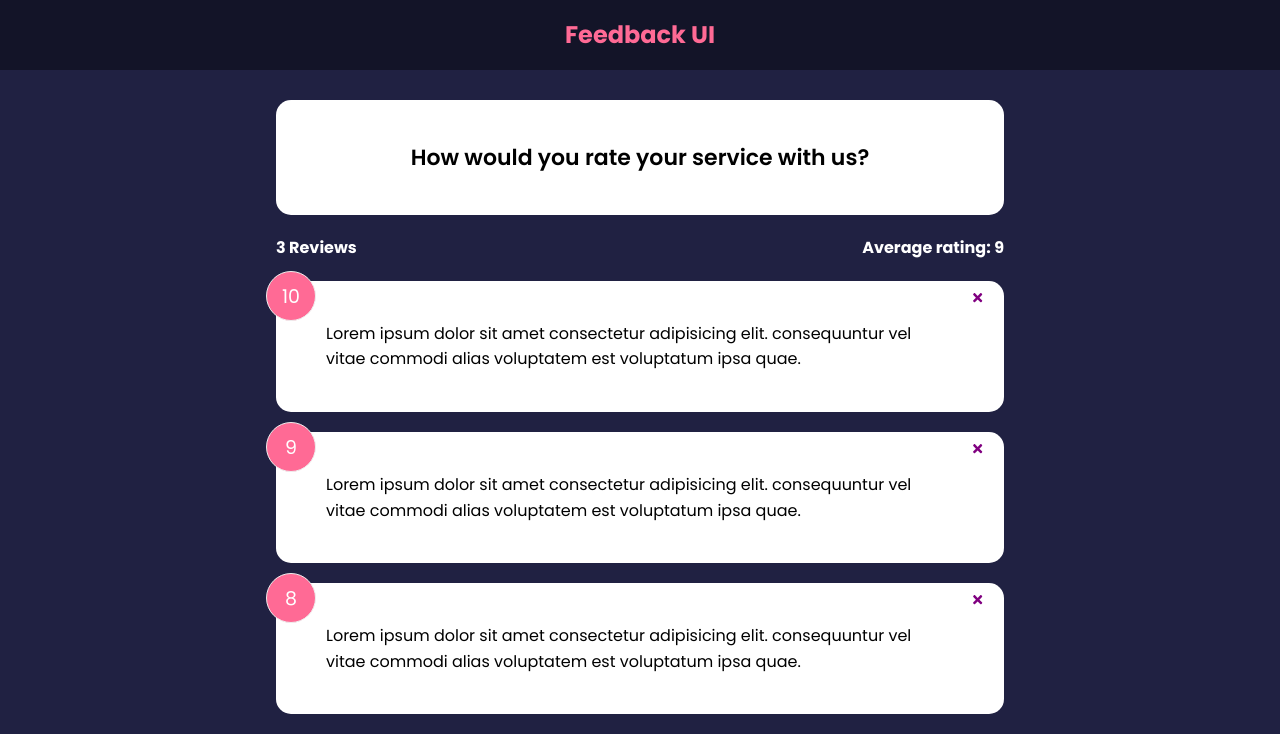
Repository: ErminiaDev/Feedback-app
Page: /
The author's editor kept a copy of each file at every save. The page is drawn from the files as they stood at one save, then again after a run of saves.
The browser window is 1280 px wide. The pictures show the whole page.
The project was rebuilt for these pictures with package versions that can differ from the ones it lists, and the page was loaded fresh each time.

Above is the page before, as saved 2023-02-08 15:37:59.

### public/index.html
<!DOCTYPE html>
<html lang="en">
  <head>
    <meta charset="utf-8" />
    <link rel="icon" href="%PUBLIC_URL%/favicon.ico" />
    <meta name="viewport" content="width=device-width, initial-scale=1" />
    <meta name="theme-color" content="#000000" />
    <meta
      name="description"
      content="Web site created using create-react-app"
    />
    <link rel="apple-touch-icon" href="%PUBLIC_URL%/logo192.png" />
    <link rel="manifest" href="%PUBLIC_URL%/manifest.json" />
    <title>Feedback-app</title>
  </head>
  <body>
    <noscript>You need to enable JavaScript to run this app.</noscript>
    <div id="root"></div>
  </body>
</html>

### src/index.js
import React from 'react'
import ReactDOM from 'react-dom'
import './index.css'
import App from './App'

ReactDOM.render(
	<React.StrictMode>
		<App />
	</React.StrictMode>,
document.getElementById('root')
)

### src/index.css
@import url('https://fonts.googleapis.com/css2?family=Poppins:wght@400;600;700&display=swap');

* {
  box-sizing: border-box;
  margin: 0;
  padding: 0;
}

body {
  font-family: 'Poppins', sans-serif;
  background-color: #202142;
  color: #fff;
  line-height: 1.6;
}

ul {
  list-style: none;
}

.container {
  max-width: 768px;
  margin: auto;
  padding: 0 20px;
}

header {
  height: 70px;
  width: 100%;
  display: flex;
  justify-content: space-between;
  align-items: center;
  margin-bottom: 30px;
}

.card {
  background-color: #fff;
  color: #333;
  border-radius: 15px;
  padding: 40px 50px;
  margin: 20px 0;
  position: relative;
}

.card.reverse {
  background-color: rgba(0, 0, 0, 0.4);
  color: #fff;
}

.card h2 {
  font-size: 22px;
  font-weight: 600;
  text-align: center;
}

.rating {
  display: flex;
  align-items: center;
  justify-content: space-around;
  margin: 30px 0 40px;
}

.rating li,
.num-display {
  position: relative;
  background: #f4f4f4;
  width: 50px;
  height: 50px;
  padding: 10px;
  text-align: center;
  border-radius: 50%;
  font-size: 19px;
  border: 1px #eee solid;
  transition: 0.3s;
}

.rating li label {
  position: absolute;
  top: 50%;
  left: 50%;
  width: 50px;
  height: 50px;
  padding: 10px;
  border-radius: 50%;
  transform: translate(-50%, -50%);
  cursor: pointer;
}

.rating li:hover,
.num-display {
  background: #ff6a95;
  color: #fff;
}

[type='radio'] {
  opacity: 0;
}

[type='radio']:checked ~ label {
  background: #ff6a95;
  color: #fff;
}

.input-group {
  display: flex;
  flex-direction: row;
  border: 1px solid #ccc;
  padding: 8px 10px;
  border-radius: 8px;
}

input {
  flex-grow: 2;
  border: none;
  font-size: 16px;
}

input:focus {
  outline: none;
}

.feedback-stats {
  color: #fff;
  display: flex;
  justify-content: space-between;
  align-items: center;
}

.num-display {
  position: absolute;
  top: -10px;
  left: -10px;
}

.close,
.edit {
  position: absolute;
  top: 10px;
  right: 20px;
  cursor: pointer;
  background: none;
  border: none;
}

.edit {
  right: 40px;
}

.btn {
  color: #fff;
  border: 0;
  border-radius: 8px;
  color: #fff;
  width: 100px;
  height: 40px;
  cursor: pointer;
}

.btn-primary {
  background-color: #202142;
}

.btn-secondary {
  background: #ff6a95;
}

.btn:hover {
  transform: scale(0.98);
  opacity: 0.9;
}

.btn:disabled {
  background-color: #cccccc;
  color: #333;
  cursor: auto;
}

.btn:disabled:hover {
  transform: scale(1);
  opacity: 1;
}

.message {
  padding-top: 10px;
  text-align: center;
  color: rebeccapurple;
}

/* FIX: Remove position: absolute to keep about icon at the bottom of the
 * document */
.about-link {
  display: flex;
  justify-content: flex-end;
}

/* FIX: Remove position: absolute to keep about icon at the bottom of the
 * document */
.about-link a {
  color: #fff;
  cursor: pointer;
}

.about-link a:hover {
  color: #ff6a95;
}

.about h1 {
  margin-bottom: 20px;
}

.about p {
  margin: 10px 0;
}

@media (max-width: 600px) {
  .rating li {
	margin: 10px 3px;
  }

  .rating {
	display: flex;
	align-items: center;
	justify-content: center;
	flex-wrap: wrap;
	margin: 30px 0 40px;
  }

  .input-group input {
	width: 80%;
  }
}

### src/App.js
import { useState } from "react";
import Header from "./components/header";
import FeedbackList from "./components/FeedbackList";
import FeedbackData from "./data/FeedbackData";
import FeedbackStats from "./components/FeedbackStats";
import FeedbackForm from "./components/FeedbackForm";

function App() {
	const [feedback, setFeedback] = useState(FeedbackData)

	const deleteFeedback = (id) => {
		if(window.confirm('Are you sure you want to delete?'))
		setFeedback(feedback.filter((item) => item.id !== id))
	}

	return (
		<>
			<Header />
			<div className="container">
				<FeedbackForm />
				<FeedbackStats feedback={feedback}/>
				<FeedbackList
				feedback={feedback}
				handleDelete={deleteFeedback}
				/>
			</div>
		</>

	)
}

export default App;

### src/components/header.jsx
import PropTypes from 'prop-types'

const Header = ({ text, bgColor, textColor }) => {
	const headerStyles = {
		backgroundColor: bgColor,
		color: textColor
	}

	return (
		<header style={headerStyles}>
			<div className="container">
				<h2>{text}</h2>
			</div>
		</header>
	)
}

Header.defaultProps = {
	text: 'Feedback UI',
	bgColor: 'rgba(0,0,0,0.4)',
	textColor: '#ff6a95',
}

Header.propTypes = {
	text: PropTypes.string,
	bgColor: PropTypes.string,
	textColor: PropTypes.string,
}

export default Header

### src/components/FeedbackList.jsx
import PropTypes from 'prop-types'
import FeedbackItem from "./FeedbackItem"

const FeedbackList = ({ feedback, handleDelete }) => {
	if (!feedback || feedback.length === 0) {
		return <p>No Feedback Yet</p>
	}

	return (
		<div classname='feedback-list'>
			{feedback.map((item) => (
				<FeedbackItem
				key={item.id}
				item={item}
				handleDelete={handleDelete}
				/>
			))}
		</div>
	)
}

FeedbackList.propTypes = {
	feedback: PropTypes.arrayOf(
		PropTypes.shape({
			id: PropTypes.number.isRequired,
			text: PropTypes.string.isRequired,
			rating: PropTypes.number.isRequired,
		})
	)
}

export default FeedbackList

### src/data/FeedbackData.js
const FeedbackData = [
  {
	id: 1,
	rating: 10,
	text: 'Lorem ipsum dolor sit amet consectetur adipisicing elit. consequuntur vel vitae commodi alias voluptatem est voluptatum ipsa quae.',
  },
  {
	id: 2,
	rating: 9,
	text: 'Lorem ipsum dolor sit amet consectetur adipisicing elit. consequuntur vel vitae commodi alias voluptatem est voluptatum ipsa quae.',
  },
  {
	id: 3,
	rating: 8,
	text: 'Lorem ipsum dolor sit amet consectetur adipisicing elit. consequuntur vel vitae commodi alias voluptatem est voluptatum ipsa quae.',
  },
]

export default FeedbackData;

### src/components/FeedbackStats.jsx
import PropTypes from 'prop-types'
import { FaPaintBrush } from 'react-icons/fa'

const FeedbackStats = ({ feedback }) => {
  	//Calculates rating average
	//reduce() loops through the array and has 2 args, the accumulator and current
	//starts with the specified num and adds current value, etc basically returning a sum of all el
	let average = feedback.reduce((acc, cur) => {
		return acc + cur.rating
	}, 0) / feedback.length

	//1 decimal but not displaying .0
	average = average.toFixed(1).replace(/[.,]0$/, '')

  	return (
		<div className="feedback-stats">
			<h4>{feedback.length} Reviews</h4>
			<h4>Average rating: {isNaN(average) ? 0 : average}</h4>
		</div>
  	)
}

FeedbackStats.propTypes = {
	feedback: PropTypes.array.isRequired,
}


export default FeedbackStats

### src/components/FeedbackForm.jsx
import Card from './shared/Card'
import PropTypes from 'prop-types'

const FeedbackForm = props => {
  return (
	<Card>
		<form>
			<h2>How would you rate your service with us?</h2>
			{/* @todo - rating select component */}
		</form>
	</Card>
  )
}

FeedbackForm.propTypes = {}

export default FeedbackForm

### src/components/FeedbackItem.jsx
import { FaTimes } from 'react-icons/fa'
import PropTypes from 'prop-types'
import Card from "./shared/Card"

const FeedbackItem = ({ item, handleDelete }) => {

	return (
		<Card>
			<div className="num-display">{item.rating}</div>
			<button onClick={() => handleDelete(item.id)} className="close">
				<FaTimes color="purple" />
			</button>
			<div className="text-display">{item.text}</div>
		</Card>
	)
}

FeedbackItem.propTypes = {
	item: PropTypes.object.isRequired,
}

export default FeedbackItem

### src/components/shared/Card.jsx
import PropTypes from 'prop-types'

const Card = ({ children, reverse }) => {
	return (
		<div>
			<div className="card"
				style={{
					backgroundColor: reverse ? 'rgba(0,0,0,0.4)' : '#fff', color: reverse ? '#fff' : '#000',
				}}
			>
				{children}
			</div>
		</div>
	)
}

Card.defaultProps = {
	reverse: false,
}

Card.propTypes = {
	children: PropTypes.node.isRequired,
	reverse: PropTypes.bool,
}

export default Card

After the next 6 saves:
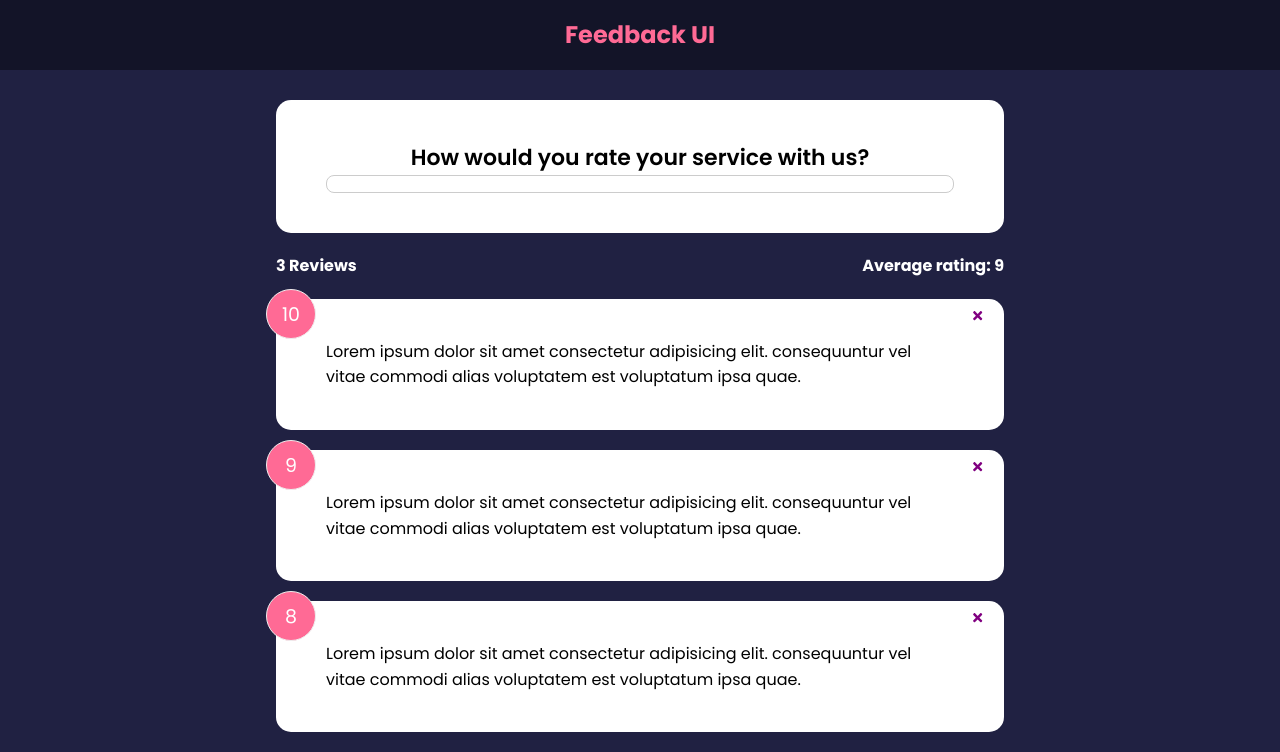
The 6 saves are shown as one change because they came seconds apart.
The last was saved 14 s later.
--- a/src/components/FeedbackForm.jsx
+++ b/src/components/FeedbackForm.jsx
@@ -7,6 +7,9 @@ const FeedbackForm = props => {
 		<form>
 			<h2>How would you rate your service with us?</h2>
 			{/* @todo - rating select component */}
+			<div className="input-group">
+
+			</div>
 		</form>
 	</Card>
   )
